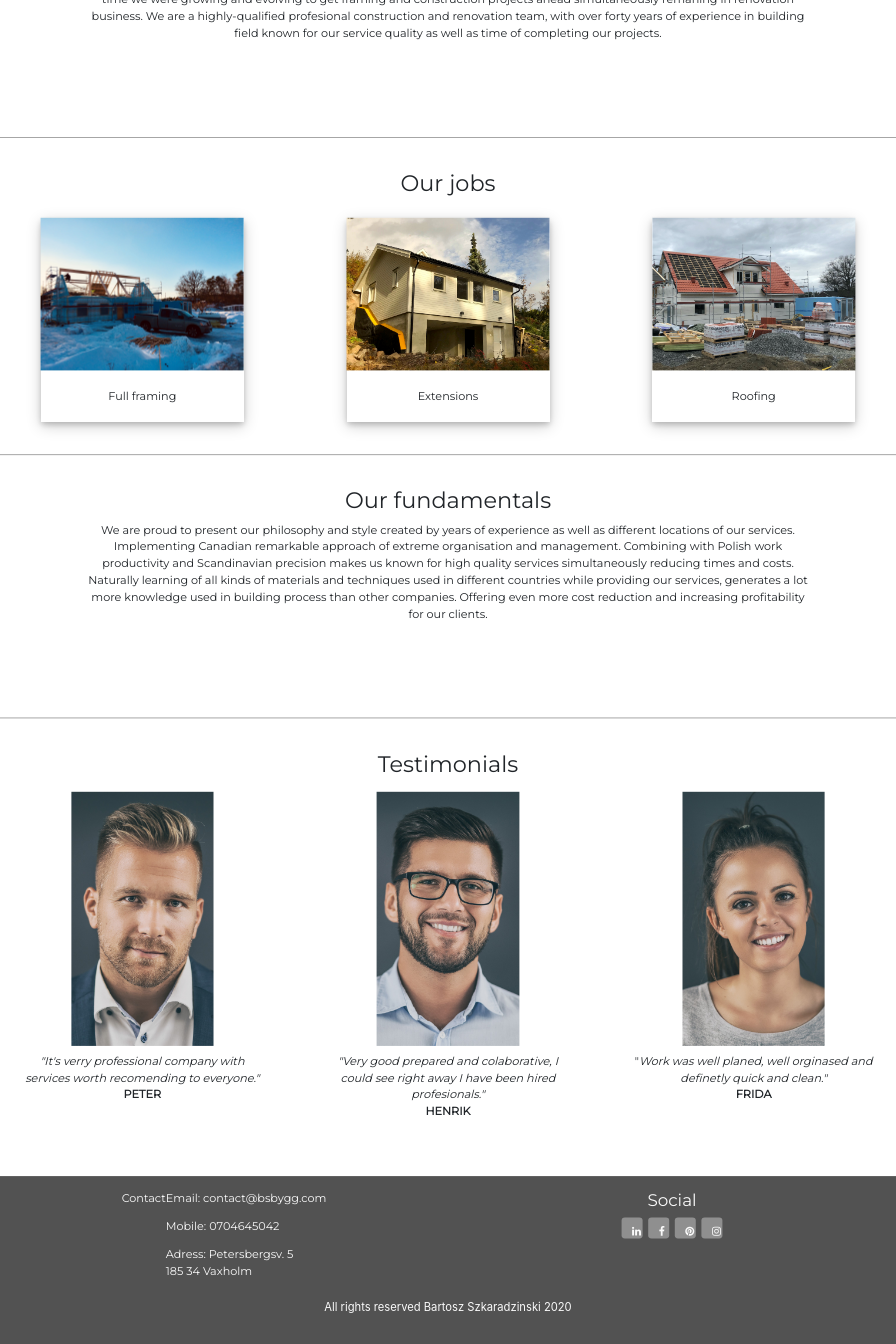
Repository: Bartie1982/milestone-project-1
Page: index.html
The author's editor kept a record of every edit. The page is drawn from the files as they stood at one moment, then again after the next edit.
The browser window is 1280 px wide. The pictures show the part of the page from y = 883 to 2803 px (the page is 2803 px tall), at 70% of full size.
Some web libraries are served in a nearby version.

Above is the page before.

### index.html
<!DOCTYPE html>
<html lang="en">

<head>
    <meta charset="UTF-8">
    <meta name="viewport" content="width=device-width, initial-scale=1.0">
    <meta http-equiv="X-UA-Compatible" content="ie=edge">
    <link rel="stylesheet" href="https://stackpath.bootstrapcdn.com/bootstrap/4.3.1/css/bootstrap.min.css" type="text/css" />
    <link rel="stylesheet" href="https://stackpath.bootstrapcdn.com/font-awesome/4.7.0/css/font-awesome.min.css" type="text/css" />
    <link rel="stylesheet" href="assets/css/style.css" type="text/css" />
    <title>BsBygg</title>
</head>

<body>
    <header>
        <div class="container-fluid h-50 d-inline-block">
            <div class="row">
                   <div class="mt-2  float-sm-left col-lg-2 col-md-3 col-sm-4 col-4">
                        <a href="index.html">
                        <img class="img logo" src="./assets/images/logo1.png" alt="Bs.bygg">
                        </a>
                    </div>
                    <div class="mt-2 col-lg-10 col-md-9 col-sm-8 col-8">
                            <nav class="mt-0 navbar navbar-expand-lg navbar-dark navbar-custom">
                            <a class="navbar-brand float-sm-left" href="index.html">Bs bygg</a>
                             <button class="navbar-toggler custom-toggler" type="button" data-toggle="collapse" data-target="#navbarNav" aria-controls="navbarNav" aria-expanded="false" aria-label="Toggle navigation">
                                    <span class="navbar-toggler-icon"></span>
                            </button>
                                <div class="navbar-brand collapse navbar-collapse" id="navbarNav">
                                    <ul class="navbar-nav">
                                        <li class="nav-item">
                                            <a class="navbar-brand" href="#about-us">About us</a>
                                        </li>
                                        <li class="nav-item">
                                            <a class="navbar-brand" href="#our-jobs">Our jobs</a>
                                        </li>
                                        <li class="nav-item">
                                            <a class="navbar-brand" href="#our-fundamentals">Our fundamentals</a>
                                        </li>
                                        <li class="nav-item">
                                            <a class="navbar-brand" href="#testimonials">Testimonials</a>
                                        </li>
                                        <li class="nav-item">
                                            <a class="navbar-brand" href="#contact">Contact</a>
                                        </li>
                                    </ul>
                                </div>

                        </nav>
                    </div>
        </div>
            </div>
            <div class="container-fluid h-50 d-inline-block">
                <div class="h-75 d-inline-block d-flex justify-content-center quote">
                        <p class="align-self-end ">Profesionals simply by working different!</p>
                </div>
            </div>
    </header>

    <section>
        <div class="d-flex justify-content-center" id="about-us">
            <div class="col-md-10 about-us">
                <h2>About-us</h2>

                <p class="text-space">Established in 1995 our company is a family bussines,
                started by my father who was providing construction and renovation services of all sorts in Sweden and Scandinavia.
                In 1999 My brother and I have joined my fathers company and together we expanded rapidly.
                Completing bigger and more complicated houses designs in Sweden, Danmark, Uk, Poland and Canada over time  we were growing and evolving to get framing and construction projects ahead simultaneously remaning in renovation business.
                We are a highly-qualified profesional construction and renovation team, with over forty years of experience in building field known for our service quality as well as time of completing our projects.
                </p>

            </div>
        </div>

        <div class="row">
            <div class="col-md-12 h-line4">
                <hr>
            </div>
        </div>

    </section>
    <section>
        <div class="row" id="our-jobs">
            <div class="col-md-12 Our-jobs">
                <h2>Our jobs</h2>
                    <div class="row d-flex justify-content-around">
                        <div class="col-sm-12 col-md-12 col-lg-4">
                            <div class="polaroid">
                        <img src="./assets/images/balsta-light.jpg" alt="Full framing" style="width:100%">
                             <div class="container p">
                             <p>Full framing</p>
                             </div>
                       </div>
                        </div>
                        <div class="col-sm-12 col-md-12 col-lg-4">
                            <div class="polaroid">
                        <img src="./assets/images/akersberga-ed.jpg" alt="Extensions" style="width:100%">
                             <div class="container p">
                             <p>Extensions</p>
                             </div>
                       </div>
                        </div>
                        <div class="col-sm-12 col-md-12 col-lg-4">
                            <div class="polaroid">
                        <img src="./assets/images/tak-arbetet-ed.jpg" alt="Roofing" style="width:100%">
                             <div class="container p">
                             <p>Roofing</p>
                         </div>
                        </div>
                    </div>
                </div>
            </div>
        </div>
    </section>
    <section>
        <div class="row">
            <div class="col-md-12 h-line3">
                <hr>
            </div>
        </div>
        <div class="d-flex justify-content-center" id="our-fundamentals">
            <div class="col-md-10 our-fundamentals">
                <h2>Our fundamentals</h2>

                <p class="text-space">We are proud to present our philosophy and style created by years of experience as well as different locations of our services.
                Implementing  Canadian remarkable approach of extreme organisation and management.
                Combining with Polish work productivity and Scandinavian precision makes us known for high quality services simultaneously reducing times and costs.
                Naturally learning of all kinds of materials and techniques used in different countries while providing our services, generates a lot more knowledge used in building process than other companies. Offering even more
                cost reduction and increasing profitability for our clients.
                </p>
            </div>
        </div>

        <div class="row">
            <div class="col-md-12 h-line4">
                <hr>
            </div>
        </div>
    </section>
    <section>
        <div class="row" id="testimonials">
            <div class="col-md-12 Testimonials">
                <h2>Testimonials</h2>
                    <div class="row people d-flex justify-content-around">
                        <div class="col-sm-12 col-md-4 person">
                            <img class="img-fluid" src="./assets/images/Face 6.jpg" alt="Peter">
                            <p class="text-space"><i>"It's verry professional company with services worth recomending to everyone."</i><br><b>PETER</b></p>
                        </div>
                        <div class="col-sm-12 col-md-4 person">
                            <img class="img-fluid" src="./assets/images/Face 4.jpg" alt="Henrik">
                            <p class="text-space"><i>"Very good prepared and colaborative, I could see right away I have been hired profesionals."</i><br><b>HENRIK</b></p>
                        </div>
                        <div class="col-sm-12 col-md-4 person">
                            <img class="img-fluid" src="./assets/images/Face 7.jpg" alt="Frida">
                            <p class="text-space">"<i>Work was well planed, well orginased and definetly quick and clean."</i><br><b>FRIDA</b></p>
                        </div>
                    </div>
            </div>
                <div class="row">
                    <div class="col-md-12 h-line4">
                        <hr>
                    </div>
                </div>
    </section>
    <footer class="container-fluid" id="contact">
        <div class="row">
                <div class="d-flex justify-content-center col-lg-6 col-md-6 col-sm-12">
                        <div class="general-sub">
                            <p>Contact</p>
                        </div>
                        <div class="  general-sub">
                            <div>
                            <p class=""><b>Email:</b> contact@bsbygg.com</p>
                            </div>
                            <div>
                            <p class=""><b>Mobile:</b> 0704645042 </p>
                            </div>
                            <div>
                            <p class=""><b>Adress:</b> Petersbergsv. 5 <br>185 34 Vaxholm</p>
                        </div>
                </div>
        </div>
            <div class="col-lg-6 col-md-6 col-sm-12 social">
                <h4 class="general-sub d-flex justify-content-center">Social</h4>
                <ul class="list-inline social-links d-flex justify-content-center">
                <li class="list-inline-item">
                    <a target="_blank" href="https://www.linkedin.com/">
                        <i class="fa fa-linkedin" aria-hidden="true"></i>
                        <span class="sr-only">Linkedin</span>
                    </a>
                </li>

                <li class="list-inline-item">
                    <a target="_blank" href="https://www.facebook.com/">
                        <i class="fa fa-facebook" aria-hidden="true"></i>
                        <span class="sr-only">Facebook</span>
                    </a>

                </li>
                <li class="list-inline-item">
                    <a target="_blank" href="https://www.pinterest.com/">
                        <i class="fa fa-pinterest" aria-hidden="true"></i>
                        <span class="sr-only">Pinterest</span>
                    </a>
                </li>
                <li class="list-inline-item">
                    <a target="_blank" href="https://www.instagram.com/">
                        <i class="fa fa-instagram" aria-hidden="true"></i>
                        <span class="sr-only">Instagram</span>
                    </a>
                </li>

                </ul>
            </div>
        </div>
        <div class="d-flex justify-content-center">
            <p class="">All rights reserved  Bartosz Szkaradzinski 2020</p>
        </div>
    </footer>
    <script src="https://code.jquery.com/jquery-3.2.1.slim.min.js" integrity="sha384-KJ3o2DKtIkvYIK3UENzmM7KCkRr/rE9/Qpg6aAZGJwFDMVNA/GpGFF93hXpG5KkN" crossorigin="anonymous"></script>
<script src="https://cdnjs.cloudflare.com/ajax/libs/popper.js/1.12.9/umd/popper.min.js" integrity="sha384-ApNbgh9B+Y1QKtv3Rn7W3mgPxhU9K/ScQsAP7hUibX39j7fakFPskvXusvfa0b4Q" crossorigin="anonymous"></script>
<script src="https://maxcdn.bootstrapcdn.com/bootstrap/4.0.0/js/bootstrap.min.js" integrity="sha384-JZR6Spejh4U02d8jOt6vLEHfe/JQGiRRSQQxSfFWpi1MquVdAyjUar5+76PVCmYl" crossorigin="anonymous"></script>
</body>

</html>

### assets/css/style.css
@import url('https://fonts.googleapis.com/css?family=Montserrat&display=swap:100,200,300,400,500,600,700|Exo:100,200,300,400,500,600,700');


/*----------------------------------------------Colours*/
.bg-color-name-title {
      color: #000234;
}



/*----------------------------------------------Heading*/

html, body {
    width: 100vw;
    overflow-x: hidden;
    overflow-y: auto;
}

header {
    height: 100vh;
    margin: 0;
    background: url("../images/Villa1.jpg");
    background-repeat: no-repeat;
    background-size: cover;


}

.logo {
    background-repeat: no-repeat;
    background-size: 30px;
    min-height: 20px;
    height: 50px;
    margin-top: inherit;
    margin-left: 20px;
    margin-right: 2px;
    padding-left: 0px;
    padding-right:0px;

}


.navbar {
    margin-right: auto;
    margin-left: auto;
    margin-top: 25px;

}

.navbar-dark {
    font-size: 22px;
    font-weight: 400;
}
.custom-toggler.navbar-toggler {
            border-color: lightgreen;
        }

.navbar-custom .navbar-brand,
.navbar-custom .navbar-text {
    color: #F0F8FF;
}

.quote {
    color: #F0FFF0;
    font-family: "Exo", Montserrat;
    font-weight: 100;
    font-size: 30px;
    text-align: center;


}


/*----------------------------------------------About us*/

.about-us {

    font-family: "Exo", Montserrat;
    margin-top: 30px;
    text-align: center;
    min-height: 300px;

}

/*----------------------------------------------Our fundamentals*/



.our-fundamentals {
    font-family: "Exo", Montserrat;
    margin-top: 30px;
    text-align: center;
    min-height: 300px;
}




/*----------------------------------------------Our jobs*/

.polaroid {
  width: 290px;
  box-shadow: 0 4px 8px 0 rgba(0, 0, 0, 0.2), 0 6px 20px 0 rgba(0, 0, 0, 0.19);
  text-align: center;
  margin: 30px auto 30px auto;

}

.Our-jobs {
    font-family: "Exo", Montserrat;
    margin-top: 30px;
    text-align: center;
    min-height: 300px;

}


/*----------------------------------------------Testimonials*/

.container p {
  padding: 25px;
}
.people {
    margin-top:20px;
    margin-bottom: 40px;
}
.person {

    height: inherit;
    margin-bottom: 30px;
}
.person img {
    width: 50%;
    margin-left: auto;
    margin-right: auto;
}
.person p {
    padding-left: 30px;
    padding-right: 30px;
}


.name {
    font-family: "Exo", Montserrat;
    background-position: center;
    margin-top: 50px;
    font-weight: 100;
    min-height: 100px;
    font-size: 46px;
    color: #fff;

}

.Testimonials {
    font-family: "Exo", Montserrat;
    margin-top: 30px;
    text-align: center;
    min-height: 300px;

}

/*----------------------------------------------Spacers/lines/margins/paddings/text */

h1,
h2,
h3,
h4 {
       margin: 0;
}

hr {
    background-color: grey;
    height: 1px;
    border: 0; }

.h-line3 {
    margin-top: 0;

}

.h-line4 {
    margin-top: 1%;
}

.text-space {
    margin-top: 10px;
    margin-bottom: 10px;
}

.general-sub {
    margin-top: 20px;
    margin-bottom: 10px;
    color: #fafafa;
    font-family: "Exo", Montserrat;
    font-weight: 300;

}

.inline-block {
    display: inline-block;

}

/*----------------------------------------------Footer*/

footer {
    background-color: #525252;
    color: #fafafa;
    min-height: 240px;
}

.contact {
    margin-left: auto;
    margin-right: auto;

}

.quote-pdf i {
    font-size: 20px;
    color: #fafafa;
    text-align: center;
    padding-left: 8px;
    transition: all 0.45s ease-in;
    -moz-transition: all 0.45s ease-in;
    -webkit-transition: all 0.45s ease-in;
    -o-transition: all 0.45s ease-in;
}

.quote-pdf i:hover {
    color: #40A8AF;

}
.social {
     margin-right: auto;
     margin-left: auto;
}

.social-links li a i {
    width: 30px;
    height:30px;
    padding: 15px;
    border-radius: 15%;
    font-size: 15px;
    line-height: 10px;
    text-align: center;
    color: #fafafa;
    background: #8f8f8f;
    transition: all 0.35s ease-in;
    -moz-transition: all 0.35s ease-in;
    -webkit-transition: all 0.35s ease-in;
    -o-transition: all 0.35s ease-in;
}

.social-links li a i:hover {
    background: #40A8AF;
}

After the next edit:
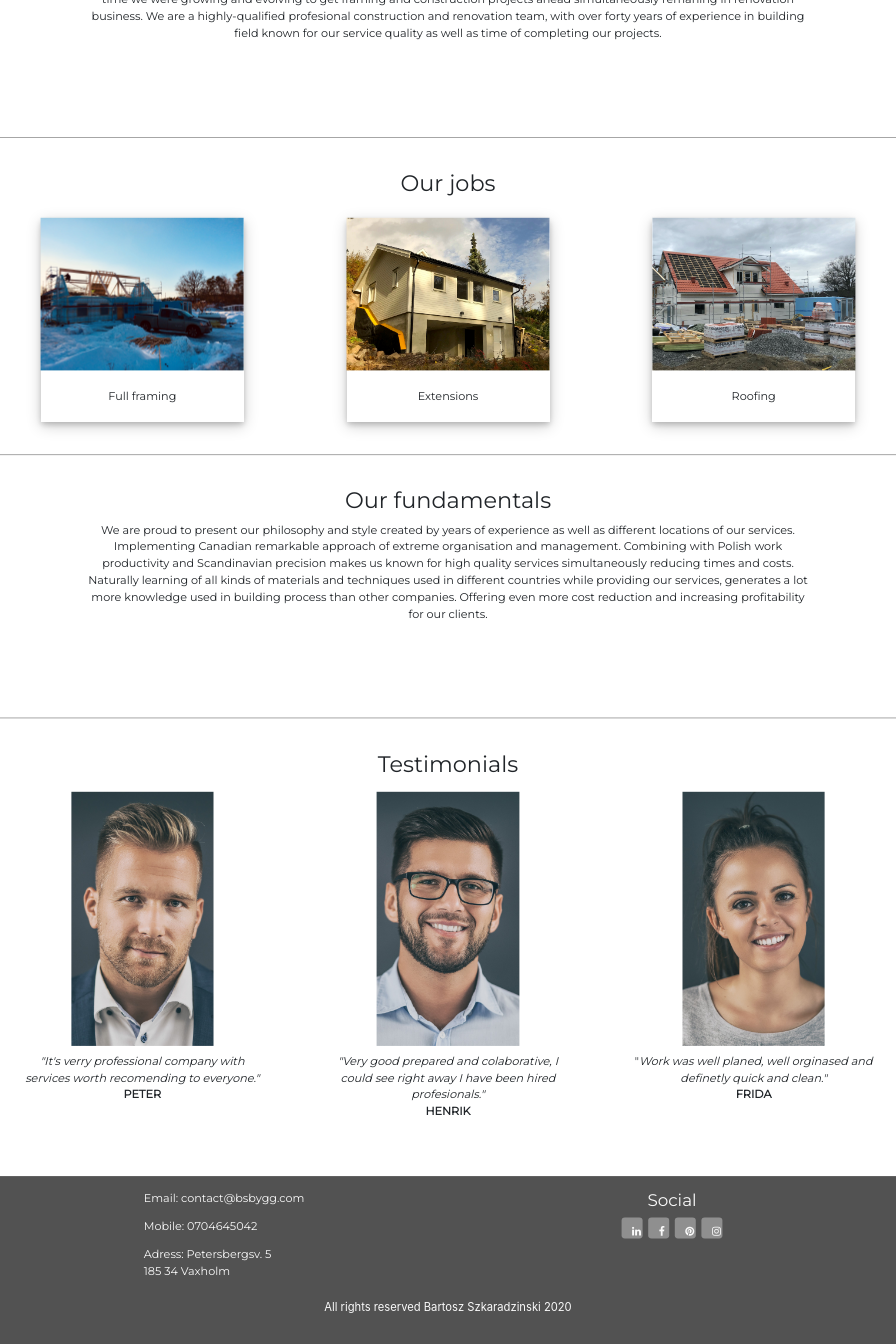
The edit:
--- a/index.html
+++ b/index.html
@@ -166,9 +166,7 @@
         <div class="row">
                 <div class="d-flex justify-content-center col-lg-6 col-md-6 col-sm-12">
                         <div class="general-sub">
-                            <p>Contact</p>
-                        </div>
-                        <div class="  general-sub">
+
                             <div>
                             <p class=""><b>Email:</b> contact@bsbygg.com</p>
                             </div>
